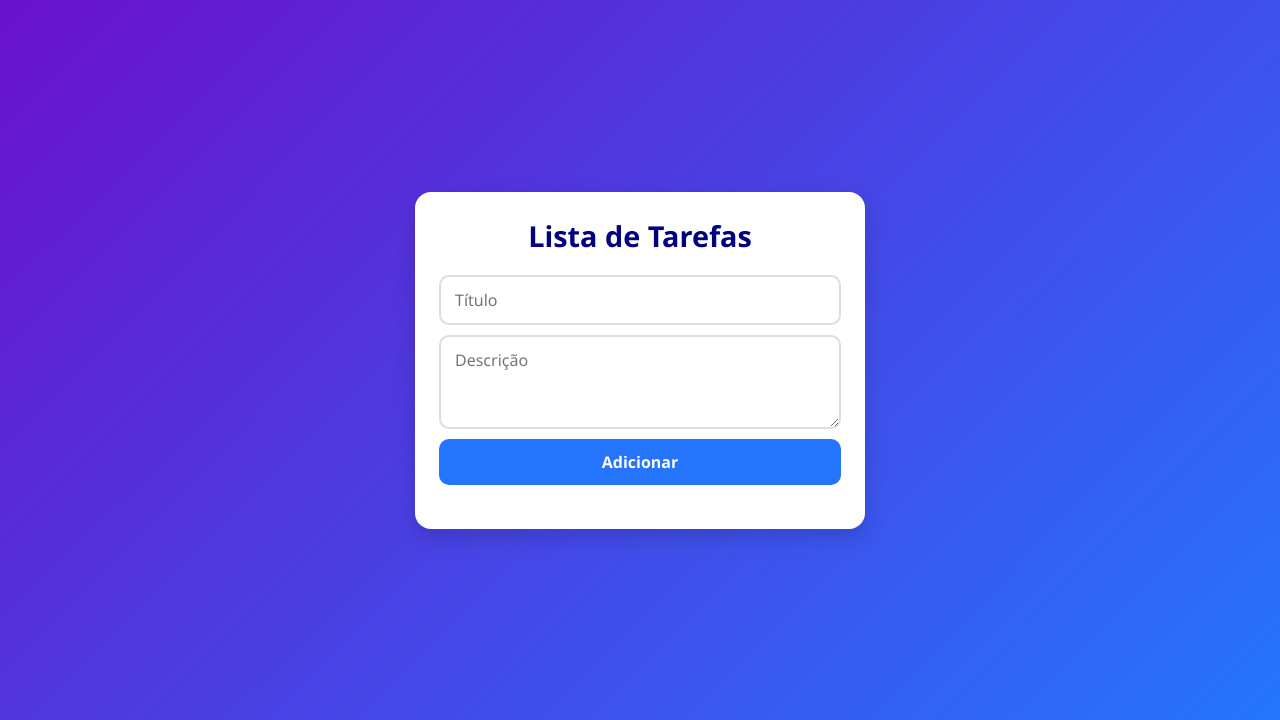
Repository: flaviofroes52/front_tesk
Page: index.html
An editor plug-in stored every save of this project. The page is shown before and after the next save, followed by the edit.
The browser window is 1280 px wide. The pictures show the whole page.
The page's requests for data from a server got no answer.

Above is the page before, as saved 2025-11-05 19:42:27.

After the next save:
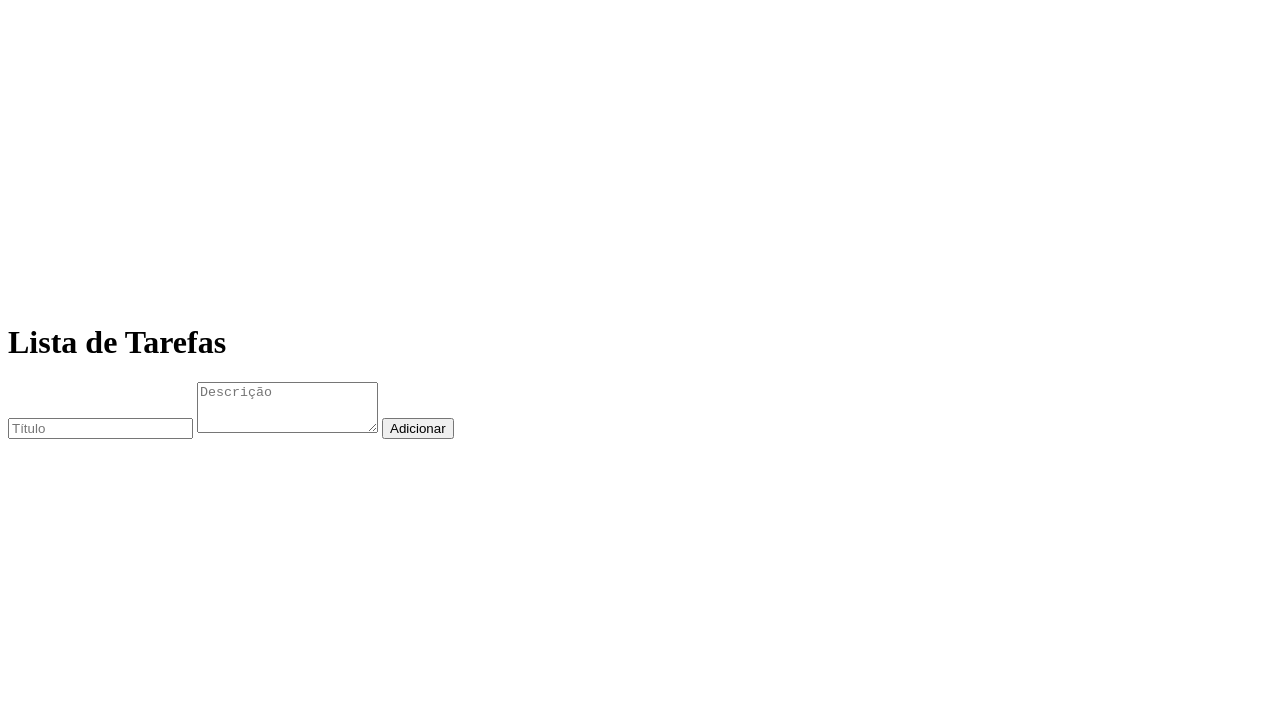
Saved 11 s later.
--- a/index.html
+++ b/index.html
@@ -4,7 +4,7 @@
     <meta charset="UTF-8" />
     <meta name="viewport" content="width=device-width, initial-scale=1.0" />
     <title>Lista de Tarefas</title>
-       <link rel="stylesheet" href="./src/styles/styles.css" />
+       <link rel="stylesheet" href="" />
 
 
   </head>

After the 4 saves that followed:
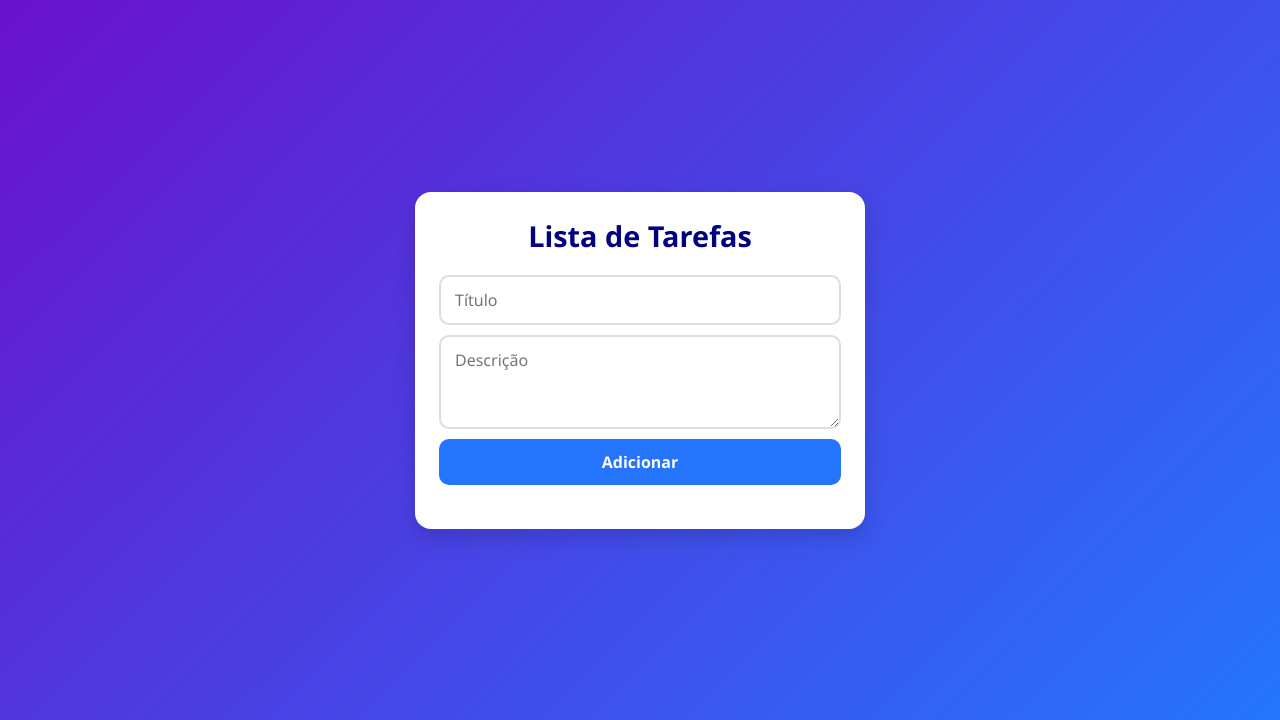
The 4 saves are shown as one change because they came seconds apart.
The last was saved 10 s later.
--- a/index.html
+++ b/index.html
@@ -4,7 +4,7 @@
     <meta charset="UTF-8" />
     <meta name="viewport" content="width=device-width, initial-scale=1.0" />
     <title>Lista de Tarefas</title>
-       <link rel="stylesheet" href="" />
+       <link rel="stylesheet" href="src/styles/styles.css"/>
 
 
   </head>
